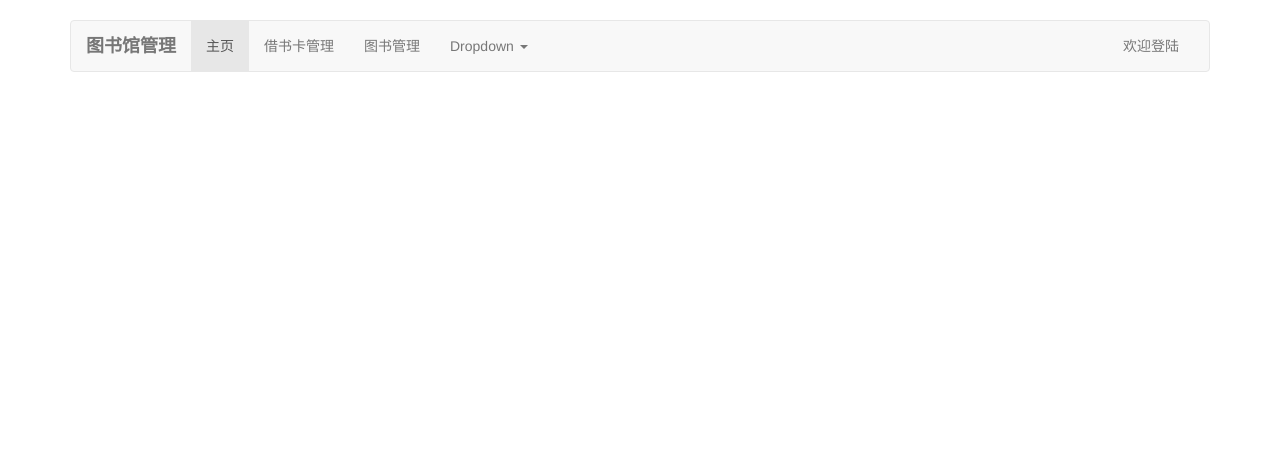
Repository: chaice/code
Page: http://localhost/web6/home
The author's editor kept a copy of each file at every save. The page is drawn from the files as they stood at one save, then again after the next save.
The browser window is 1280 px wide. The pictures show the whole page.
Some web libraries are served in a nearby version. The page is served by Tomcat 9. The session is filled in as if someone had signed in: {"username": "testuser"}. Other server files are loaded and not shown.

Above is the page before, as saved 2016-06-01 09:59:51.

### web6/WebContent/WEB-INF/views/home.jsp
<%@ page language="java" contentType="text/html; charset=UTF-8"
	pageEncoding="UTF-8"%>
<!DOCTYPE html>
<html>
<head>
<meta charset="UTF-8">
<title>主页</title>
<%@ include file="head.jsp"%>

</div>
<script src="//cdn.bootcss.com/jquery/1.11.3/jquery.min.js"></script>
<script src="//cdn.bootcss.com/bootstrap/3.3.5/js/bootstrap.min.js"></script>
</body>
</html>

### web6/WebContent/WEB-INF/views/head.jsp
<%@ page language="java" contentType="text/html; charset=UTF-8"
	pageEncoding="UTF-8"%>
<link href="//cdn.bootcss.com/bootstrap/3.3.5/css/bootstrap.min.css"
	rel="stylesheet">
<style>
body {
	padding-top: 20px;
	padding-bottom: 20px;
}

.navbar {
	margin-bottom: 20px;
}
</style>
</head>
<body>
	<%
		String name = (String) session.getAttribute("username");
		if (name == null) {
			response.sendRedirect("/login");
		}
	%>
	<div class="container">
		<nav class="navbar navbar-default">
			<div class="container-fluid">
				<div class="navbar-header">
					<a class="navbar-brand"><strong>图书馆管理</strong></a>
				</div>
				<div id="navbar" class="navbar-collapse collapse">
					<ul class="nav navbar-nav">
						<li class="active"><a href="/home">主页</a></li>
						<li><a href="/card_list">借书卡管理</a></li>
						<li><a href="/book_list">图书管理</a></li>
						<li class="dropdown"><a href="#" class="dropdown-toggle"
							data-toggle="dropdown" role="button" aria-haspopup="true"
							aria-expanded="false">Dropdown <span class="caret"></span></a>
							<ul class="dropdown-menu">
								<li><a href="#">Action</a></li>
								<li><a href="#">Another action</a></li>
								<li><a href="#">Something else here</a></li>
								<li role="separator" class="divider"></li>
								<li class="dropdown-header">Nav header</li>
								<li><a href="#">Separated link</a></li>
								<li><a href="#">One more separated link</a></li>
							</ul></li>
					</ul>
					<ol class="nav navbar-nav navbar-right">
						<li><a>欢迎登陆</a></li>
					</ol>
				</div>
			</div>
		</nav>

### web6/src/com/ccit/mservlet/Home.java
package com.ccit.mservlet;

import java.io.IOException;
import javax.servlet.ServletException;
import javax.servlet.http.HttpServlet;
import javax.servlet.http.HttpServletRequest;
import javax.servlet.http.HttpServletResponse;

public class Home extends HttpServlet {
	private static final long serialVersionUID = 1L;
    public Home() {
        super();
    }
	protected void doGet(HttpServletRequest request, HttpServletResponse response) throws ServletException, IOException {
		request.getRequestDispatcher("/WEB-INF/views/home.jsp").forward(request, response);
	}
}

After the next save:
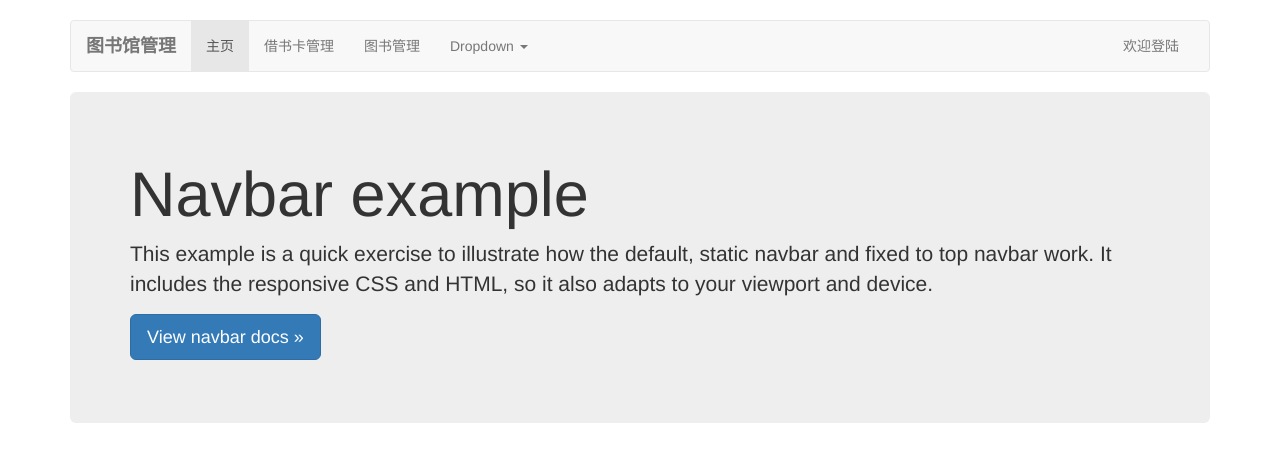
Saved 32 s later.
--- a/web6/WebContent/WEB-INF/views/home.jsp
+++ b/web6/WebContent/WEB-INF/views/home.jsp
@@ -6,7 +6,13 @@
 <meta charset="UTF-8">
 <title>主页</title>
 <%@ include file="head.jsp"%>
-
+<div class="jumbotron">
+        <h1>Navbar example</h1>
+        <p>This example is a quick exercise to illustrate how the default, static navbar and fixed to top navbar work. It includes the responsive CSS and HTML, so it also adapts to your viewport and device.</p>
+        <p>
+          <a class="btn btn-lg btn-primary" href="../../components/#navbar" role="button">View navbar docs &raquo;</a>
+        </p>
+      </div>
 </div>
 <script src="//cdn.bootcss.com/jquery/1.11.3/jquery.min.js"></script>
 <script src="//cdn.bootcss.com/bootstrap/3.3.5/js/bootstrap.min.js"></script>
